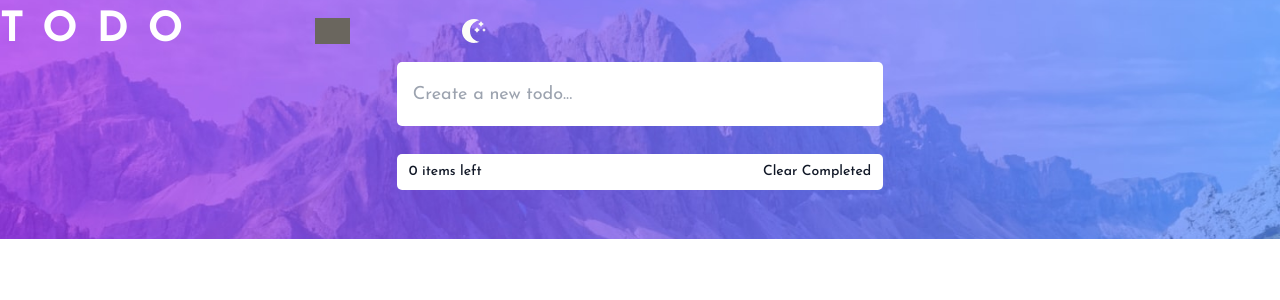
Repository: ikram-lisa/todo-list
Page: /
An editor plug-in stored every save of this project. The page is shown before and after the next save, followed by the edit.
The browser window is 1280 px wide. The pictures show the whole page.
Pictures or frames that could not be fetched are drawn as grey boxes. The project was rebuilt for these pictures with package versions that can differ from the ones it lists, and the page was loaded fresh each time. Also part of the build but not shown: vite.config.js.

Above is the page before, as saved 2024-05-14 23:04:01.

After the next save:
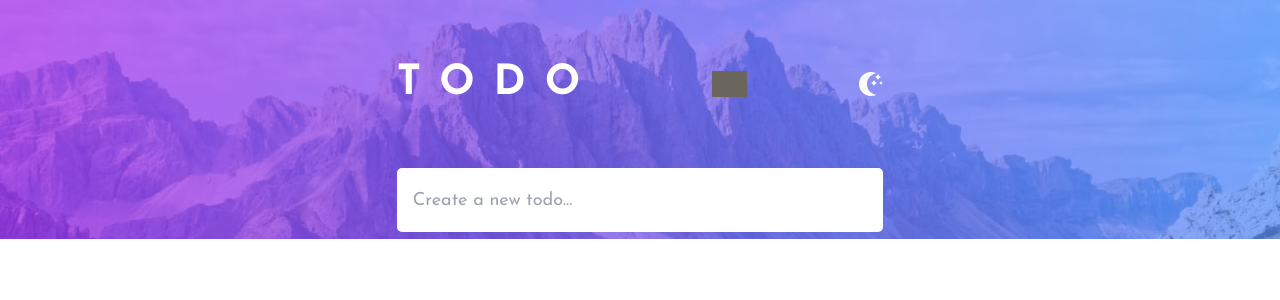
Saved 17 s later.
--- a/src/css/style.scss
+++ b/src/css/style.scss
@@ -36,7 +36,7 @@ body {
 }
 .theme-content {
   width: 38%;
-  margin-top: 53px auto;
+  margin: 53px auto;
   h1 {
     font-weight: 700;
     color: white;
